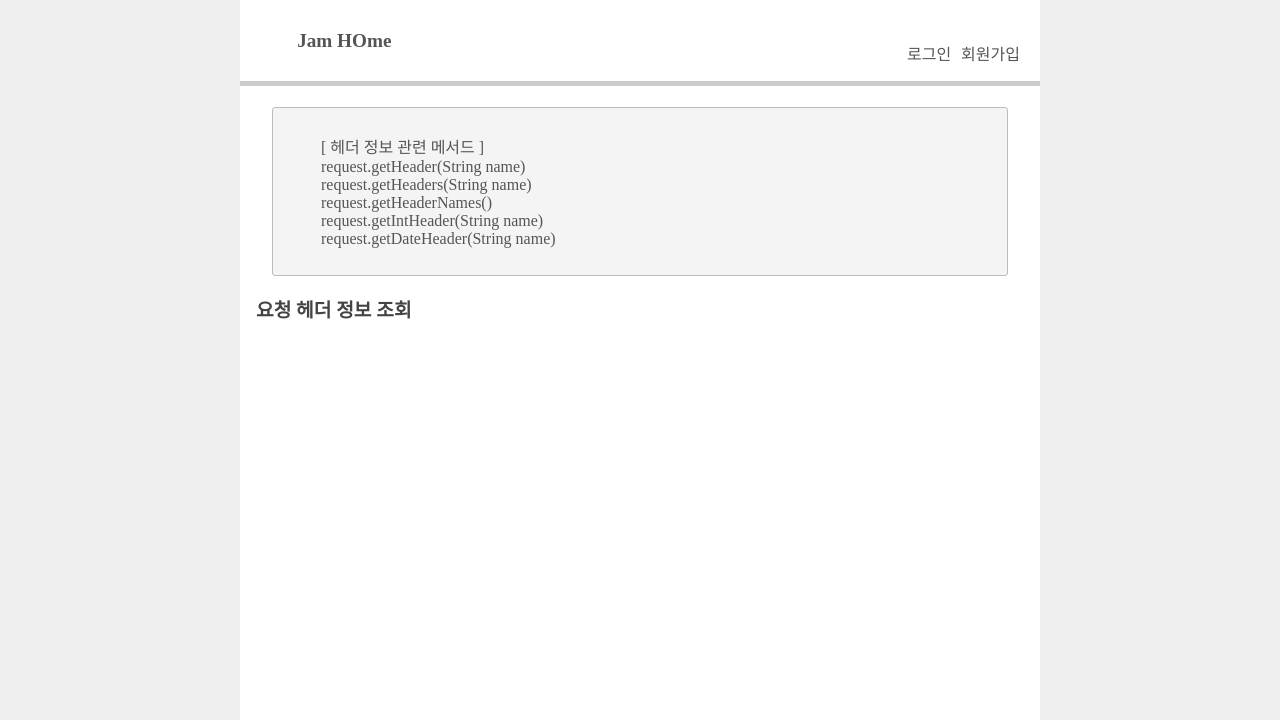
Repository: woals5636/JSPClass
Page: http://localhost/jspPro/days03/ex06.jsp
The author's editor kept a copy of each file at every save. The page is drawn from the files as they stood at one save, then again after the next save.
The browser window is 1280 px wide. The pictures show the whole page.
Some web fonts or font styles are not loaded; a fallback is used. The page is served by Tomcat 9. Other server files are loaded and not shown.

Above is the page before, as saved 2024-10-17 06:10:54.

### jspPro/src/main/webapp/days03/ex06.jsp
<%@page import="java.util.Enumeration"%>
<%@ page contentType="text/html; charset=UTF-8" pageEncoding="UTF-8"%>
<!DOCTYPE html>
<html>
<head>
<meta charset="UTF-8">
<title>Insert title here</title>
<link rel="shortcut icon" type="image/x-icon" href="http://localhost/jspPro/images/SiSt.ico">
<script src="https://ajax.googleapis.com/ajax/libs/jquery/3.7.1/jquery.min.js"></script>
<meta name="viewport" content="width=device-width, initial-scale=1.0">
<meta name="google" content="notranslate">
<link rel="stylesheet" href="http://localhost/jspPro/resources/cdn-main/example.css">
<script src="http://localhost/jspPro/resources/cdn-main/example.js"></script>
<style>
 span.material-symbols-outlined{
    vertical-align: text-bottom;
 }
</style>
</head>
<body>
<header>
  <h1 class="main"><a href="#" style="position: absolute;top:30px;">Jam HOme</a></h1>
  <ul>
    <li><a href="#">로그인</a></li>
    <li><a href="#">회원가입</a></li>
  </ul>
</header>
<div>
  <xmp class="code">
  	[ 헤더 정보 관련 메서드 ]
  	request.getHeader(String name)
  	request.getHeaders(String name)
  	request.getHeaderNames()
  	request.getIntHeader(String name)
  	request.getDateHeader(String name)
  </xmp>
  <h3>요청 헤더 정보 조회</h3>
  <%
  	Enumeration<String> en = request.getHeaderNames();
  	while( en.hasMoreElements() ){
  		String hname = en.nextElement();
  	  	String hvalue = request.getHeader(hname);
  	}
  %>
</div>
</body>
</html>

### jspPro/src/main/webapp/resources/cdn-main/example.css
@charset "UTF-8";

@import url('https://fonts.googleapis.com/css2?family=Material+Symbols+Outlined:opsz,wght,FILL,GRAD@20..48,100..700,0..1,-50..200');

@font-face {
    font-family: 'GmarketSansMedium';
    src: url('https://cdn.jsdelivr.net/gh/projectnoonnu/noonfonts_2001@1.1/GmarketSansMedium.woff') format('woff');
    font-weight: normal;
    font-style: normal;
}

:root {
	--text-color: #555;
	--sub-text-color: #777;
	--back-color: #EFEFEF;
	--header-color: #444;
	--primary-color: #DEDEDE;
	--secondary-color: #EFEFEF;
	--default-width: 800px;
	--narrow-width: 500px;
	--wide-width: 1200px;
	--text-font: 'GmarketSansMedium';
	--icon-font: 'Material Symbols Outlined';
	--border-color: #CCC;
}

html, body {
	margin: 0;
	padding: 0;
}

html {
	background-color: var(--back-color);
	display: flex;
	justify-content: center;
	min-height: 100vh;
}

body, body.default {
	width: var(--default-width);
	background-color: white;
	padding-bottom: 120px;
}

body.wide {
	width: var(--wide-width);
}

body.narrow {
	width: var(--narrow-width);
}



body, p, div, span, a, input, select, option, textarea, button, table, th, td, label, fieldset, legend {
	font-family: var(--text-font);
	color: var(--text-color);
}

h1, h2, h3 {
	font-family: var(--text-font);
	color: var(--header-color);
	padding: 0 1rem;
	padding-top: .5rem;
}

div > h1, div > h2, div > h3 {
	padding: 0;
}

body > div, body > main > div {
	padding: 0.3rem 1rem;
}


h1 { font-size: 2rem; border-bottom: 1px solid var(--border-color); }
h1 small { font-size: 1.2rem; color: var(--sub-text-color); }
h2 { font-size: 1.5rem; border-bottom: 1px dashed var(--border-color); }
h2 small { font-size: 1.1rem; color: --sub-text-color; }
h3 { font-size: 1.2rem; }
h3 small { font-size: 1rem; color: --sub-text-color; }



h1.main::before {
	font-family: var(--icon-font);
  	content: '\e666';
  	margin-right: 10px;
  	float: left;
	font-size: 2.5rem;
}

h1.sub::before {
	font-family: var(--icon-font);
  	content: '\ea19';
  	margin-right: 10px;
  	float: left;
	font-size: 2.5rem;
}


h1.page::before {
	font-family: var(--icon-font);
  	content: '\e0e0';
  	margin-right: 10px;
  	float: left;
	font-size: 2.5rem;
}

body > header > ul > li > .active{
	background-color: #FFF;
	color:#F00;
}

body > header {
	display: flex;
	justify-content: space-between;
	border-bottom: 5px solid var(--border-color);
	min-height: 74px;
	background-color: #FFF;
}

body > header.sticky {
	position: sticky;
	top: 0;
	z-index: 98;
}

body > header > h1 {
	font-size: 1.2rem;
	border: 0;
}

body > header.in > h1::before {
	font-family: var(--icon-font);
  	content: '\e332‥';
  	margin-right: 3px;
  	float: left;
	font-size: 2rem;
}


body > header > ul {
	list-style-type: none;
	display: flex;
	align-items: flex-end;
	margin-right: 10px;
}

body > header > ul > li {
	margin-right: 10px;
	cursor: pointer;
}

body > header > ul > li > a {
	cursor: pointer;
}


form {
	display: block;
}

form > div {
	padding: 0.3rem 1rem;
}

div > form > div {
	padding: 0.3rem 0;
}

input, textarea, button, select {
	border: 1px solid #BBB;
	border-radius: 3px;
	outline: none;
	resize: none;
	padding: 7px;
	margin: 0;
}

input[type=text]:read-only, textarea:read-only {
	cursor: not-allowed;
	background-color: #FFF;
}

input[type=text]:disabled, textarea:disabled {
	cursor: not-allowed;
	background-color: #EEE;
}

input[type=text], input[type=password], textarea, button, select {
	/* width: 300px; */
}

textarea {
	display: block;
	height: 100px;
}

input[type=button], input[type=submit], button {
	/* width: inherit; */
}

input.short, textarea.short, button.short, select.short {
	width: 100px;
}

input.long, textarea.long, button.long, select.long {
	width: 350px;
}

.narrow input.long, .narrow textarea.long, .narrow button.long, .narrow select.long {
	width: calc(100% - 20px);
}

input.full, textarea.full, button.full, select.full {
	width: calc(100% - 20px);
}

textarea.short {
	height: 50px;
}

textarea.long {
	height: 100px;
}

textarea.full {
	height: 200px;
}

input, textarea {
	padding-top: 8px;
}

input[type=button], input[type=submit], button {
	padding: 5px 10px;
	background-color: var(--secondary-color);
	cursor: pointer;
	min-height: 36px;
}

input[type=button].primary, input[type=submit].primary, button.primary {
	/* background-color: rgba(100, 149, 237, .2); */
	background-color: var(--primary-color);
}

input[type=button].primary:hover, input[type=submit].primary:hover, button.primary:hover {
	/* background-color: rgba(100, 149, 237, .3); */
	background-color: var(--secondary-color);
}

input[type=button]:hover, input[type=submit]:hover, button:hover {
	background-color: var(--primary-color);
}

button {
	position: relative;
	left: 0;
	top: 0;
	padding-left: 35px;
}

button .material-symbols-outlined {
	position: absolute;
	left: 10px;
	top: 4px;
}

/* k2nik add */
button.login::before {
	font-family: var(--icon-font);
  	content: '\ea77';
	position: absolute;
	left: 11px;
	top: 4px;
	font-size: 1.25rem;
}

/* k2nik logout */
button.logout::before {
	font-family: var(--icon-font);
  	content: '\e9ba';
	position: absolute;
	left: 11px;
	top: 4px;
	font-size: 1.25rem;
}

/* k2nik help */
button.help::before {
	font-family: var(--icon-font);
  	content: '\f1c0';
	position: absolute;
	left: 11px;
	top: 4px;
	font-size: 1.25rem;
}

button.add::before{
	font-family: var(--icon-font);
  	content: '\e746';
	position: absolute;
	left: 11px;
	top: 4px;
	font-size: 1.25rem;
}

button.back::before {
	font-family: var(--icon-font);
  	content: '\e166';
	position: absolute;
	left: 11px;
	top: 4px;
	font-size: 1.25rem;
}

button.list::before {
	font-family: var(--icon-font);
  	content: '\e0ee';
	position: absolute;
	left: 11px;
	top: 4px;
	font-size: 1.25rem;
}


button.del::before {
	font-family: var(--icon-font);
  	content: '\e872';
	position: absolute;
	left: 11px;
	top: 4px;
	font-size: 1.25rem;
}


button.edit::before {
	font-family: var(--icon-font);
  	content: '\e745';
	position: absolute;
	left: 11px;
	top: 4px;
	font-size: 1.25rem;
}


button.login::before {
	font-family: var(--icon-font);
  	content: '\ea77';
	position: absolute;
	left: 11px;
	top: 4px;
	font-size: 1.25rem;
}


button.logout::before {
	font-family: var(--icon-font);
  	content: '\e9ba';
	position: absolute;
	left: 11px;
	top: 4px;
	font-size: 1.25rem;
}


button.in::before {
	font-family: var(--icon-font);
  	content: '\f71a';
	position: absolute;
	left: 11px;
	top: 4px;
	font-size: 1.25rem;
}


button.out::before {
	font-family: var(--icon-font);
  	content: '\f70e';
	position: absolute;
	left: 11px;
	top: 4px;
	font-size: 1.25rem;
}


button.reply::before {
	font-family: var(--icon-font);
  	content: '\e15e';
	position: absolute;
	left: 11px;
	top: 4px;
	font-size: 1.25rem;
}


button.comment::before {
	font-family: var(--icon-font);
  	content: '\e0b9';
	position: absolute;
	left: 11px;
	top: 4px;
	font-size: 1.25rem;
}


button.modal::before {
	font-family: var(--icon-font);
  	content: '\e89e';
	position: absolute;
	left: 11px;
	top: 4px;
	font-size: 1.25rem;
}


button.ok::before {
	font-family: var(--icon-font);
  	content: '\e86c';
	position: absolute;
	left: 11px;
	top: 4px;
	font-size: 1.25rem;
}


button.cancel::before {
	font-family: var(--icon-font);
  	content: '\e5c9';
	position: absolute;
	left: 11px;
	top: 4px;
	font-size: 1.25rem;
}

button.search::before {
	font-family: var(--icon-font);
  	content: '\e8b6';
	position: absolute;
	left: 11px;
	top: 4px;
	font-size: 1.25rem;
}

button.home::before {
	font-family: var(--icon-font);
  	content: '\e88a';
	position: absolute;
	left: 11px;
	top: 4px;
	font-size: 1.25rem;
}


button.sidebar::before {
	font-family: var(--icon-font);
  	content: '\f7e4';
	position: absolute;
	left: 11px;
	top: 4px;
	font-size: 1.25rem;
}


button.sidebar-right::before {
	font-family: var(--icon-font);
  	content: '\f7e5';
	position: absolute;
	left: 11px;
	top: 4px;
	font-size: 1.25rem;
}




button::before {
	font-family: var(--icon-font);
  	content: '\e323';
	position: absolute;
	left: 11px;
	top: 4px;
	font-size: 1.25rem;
}


table {
	border-collapse: collapse;
	margin: 1rem;
	box-sizing: border-box;
	width: calc(100% - 32px);
}

table.content {
	width: auto;
}

div > table {
	margin: 0;
}

table th, table td {
	border: 1px solid var(--border-color);
	padding: 7px;
	font-weight: normal;
}

table th {
	background-color: var(--back-color);
}

table.vertical th {
	width: 150px;
}

table.vertical td {
	width: calc(100% - 182px);
	padding-left: 10px;
}

table.content td, table.content th {
	width: auto;
}

body.narrow table.vertical th {
	width: 100px;
}

body.narrow table.vertical td {
	width: calc(100% - 182px);
}


table + table {
	margin-top: 30px;
}


p {
	padding: 0 1rem;
}

a {
	text-decoration: none;
}

a:hover {
	color: rgba(255, 99, 71, .7);
}

hr {
	border: 0;
	border-top: 1px solid var(--border-color);
	margin: 2rem 0;
}

.message {
	border: 1px solid var(--border-color);
	background-color: #EFEFEF;
	margin: 1rem;
	width: auto;
	padding-top: 10px;
	padding-bottom: 10px;
	font-size: 14px;
}

.message[title]::before {
	content: attr(title);
	display: block;
	border-bottom: 1px solid var(--border-color);
	padding-bottom: 5px;
	margin-bottom: 10px;
	margin-top: 7px;
}

.message.short {
	max-width: 250px;
}

.message.long {
	max-width: 500px;
}

.badge {
	float: right;
	font-size: .8rem;
	margin-top: 2px;
	margin-right: 2px;
	text-shadow: 0 0 7px gray;
}

.badge.left {
	float: none;
	margin-left: 2px;
}

.badge.right {
	float: right;
}

.badge.red {
	border-radius: 50%;
	padding: 2px 5px;
	background-color: rgb(255, 99, 71, .3);
}

.badge.yellow {

	border-radius: 50%;
	padding: 2px 5px;
	background-color: rgb(255, 215, 0, .5);
}

.badge.blue {
	border-radius: 50%;
	padding: 2px 5px;
	background-color: rgb(100, 149, 237, .3);
}

label + label {
	margin-left: 7px;
}

label input[type=checkbox], label input[type=radio] {
	transform: translate(0, 1px);
}

.group {
	display: flex;
}

.modal-content .group {
	margin-bottom: .5rem;
}

.group label {
	border: 1px solid #BBB;
	border-radius: 3px;
	outline: none;
	resize: none;
	padding: 7px 14px;
	margin: 0;
	border-top-right-radius: 0;
	border-bottom-right-radius: 0;
	background-color: #EFEFEF;
	white-space: nowrap;
	font-size: 14px;
}

.group input[type=text] {
	margin-left: -1px;
	border-top-left-radius: 0;
	border-bottom-left-radius: 0;
}

.group select {
	margin-left: -1px;
	border-top-left-radius: 0;
	border-bottom-left-radius: 0;
}

.group input.full[type=text] {
	margin-left: -1px;
	border-top-left-radius: 0;
	border-bottom-left-radius: 0;
	width: 100%;
}

.group input[type=button]:first-child, .group button:first-child {
	border-top-left-radius: 3px;
	border-bottom-left-radius: 3px;
	margin-left: 0px;
}

.group input[type=button], .group button {
	border-radius: 0;
	margin-left: -1px;
}

.group input[type=button]:last-child, .group button:last-child {
	margin-left: -1px;
	border-top-right-radius: 3px;
	border-bottom-right-radius: 3px;
}

.seperate {
	display: flex;
	justify-content: space-between;
}

div.list {
	width: max-content;
	margin: 1rem;
	border: 1px solid #BBB;
	border-radius: 3px;
	padding: 0;
}

div.list.full {
	width: auto;
	display: block;
	margin: 1rem;
	border: 1px solid #BBB;
	border-radius: 3px;
	padding: 0;
}

div.list > div {
	padding: .5rem 1rem;
	margin: 0;
	border-bottom: 1px solid #BBB;
}

div.list > div:last-child {
	border-bottom: 0;
}

pre.code , xmp.code{
	font-family: consols;
	background-color: rgba(150, 150, 150, .1);
	border: 1px solid #BBB;
	border-radius: 3px;
	padding: .5rem 1rem;
	padding-bottom: .6rem;
	margin: 1rem;
}




*[data-modal-window] {
	position: fixed;
	background-color: rgba(0, 0, 0, .3);
	left: 0;
	top: 0;
	display: none;
	justify-content: center;
	align-items: flex-start;
	width: 100%;
	min-height: 100vh;
	z-index: 100;
	opacity: 0;
	transition: 500ms all;
}

*[data-modal-window] .modal-container {
	border-radius: 5px;
	padding: 1rem;
	padding-bottom: .5rem;
	margin-top: -500px;
	opacity: 0;
	width: 500px;
	background-color: #FFF;
	margin-right: 2rem;
	transition: 500ms all;
}

*[data-modal-size=content] .modal-container {
	width: auto;
}

*[data-modal-size=narrow] .modal-container {
	width: 300px;
}

*[data-modal-size=wide] .modal-container {
	width: 760px;
}


*[data-modal-window] .modal-header {
	border-bottom: 1px solid var(--border-color);
	padding: 2px 5px;
}

*[data-modal-window] .modal-content {
	padding: 1rem 5px;
}

*[data-modal-window] .modal-content div:last-child {
	margin-top: 1rem;
	text-align: right;
}



*[data-sidebar-window] {
	position: fixed;
	background-color: #FFF;
	left: 0;
	top: 0;
	display: block;
	width: 300px;
	border-right: 1px solid var(--border-color);
	box-sizing: border-box;
	box-shadow: 0 0 3px var(--back-color);
	min-height: 100vh;
	z-index: 99;
	transform: translate(-300px, 0);
	transition-duration: 500ms;
	transition-property: transform;
}

*[data-sidebar-direction=right] {
	left: auto;
	right: 0;
	transform: translate(300px, 0);
	border-left: 1px solid var(--border-color);
}

*[data-sidebar-size=wide] {
	width: 500px;
	transform: translate(-500px, 0);
}

*[data-sidebar-window] .sidebar-title {
	border-bottom: 1px solid var(--border-color);
	margin-top: 20px;
	margin-bottom: 20px;
	padding-bottom: 5px;
	display: flex;
	justify-content: space-between;
}

*[data-sidebar-window] .sidebar-title span:last-child {
	cursor: pointer;
}


/* K2Nik pagination */
.center {
  text-align: center;
}

.pagination {
  display: inline-block;
}

.pagination a {
  color: black;
  float: left;
  padding: 3px 6px;
  text-decoration: none;
  transition: background-color .3s;
  border: 1px solid #ddd;
  margin: 0 3px;
}

.pagination a.active {
  background-color: #4CAF50;
  color: white;
  border: 1px solid #4CAF50;
}

.pagination a:hover:not(.active) {background-color: #ddd;}

### jspPro/src/main/webapp/resources/cdn-main/example.js

window.onload = () => {

    const list = document.querySelectorAll('input, textarea');

    list.forEach(item => {
        item.setAttribute('autocomplete', 'off');
    });


    const modal_btn_list = document.querySelectorAll('*[data-modal-button]');

    modal_btn_list.forEach(item => {
        item.onclick = function() {

            const name = this.dataset['modalButton'];
            const modal_window = document.querySelector('*[data-modal-window=' + name);

            const container = document.createElement('div');
            container.className = 'modal-container';



            const modal_header = document.createElement('div');
            modal_header.textContent = modal_window.dataset['modalTitle'];
            modal_header.className = 'modal-header';
            container.appendChild(modal_header);

            const modal_content = document.createElement('div');
            modal_content.className = 'modal-content';
            container.appendChild(modal_content);

            Array.from(modal_window.childNodes).forEach(item => {
                modal_content.appendChild(item);
            });

            modal_window.appendChild(container);

            modal_window.style.display = 'flex';

            setTimeout(() => {
                modal_window.style.opacity = 1;
                container.style.marginTop = '20px';
                container.style.opacity = 1;
            }, 50);


            const modal_ok = document.querySelector('*[data-modal-ok=' + name);
            modal_ok.addEventListener('click', function() {
                modal_window.style.opacity = 0;
                container.style.marginTop = '-500px';
                container.style.opacity = 0;

                setTimeout(() => {
                    modal_window.innerHTML = modal_content.innerHTML;
                    modal_window.style.display = 'none';
                }, 500);

            });

            const modal_cancel = document.querySelector('*[data-modal-cancel=' + name);
            modal_cancel.addEventListener('click', function() {

                modal_window.style.opacity = 0;
                container.style.marginTop = '-500px';
                container.style.opacity = 0;

                setTimeout(() => {
                    modal_window.innerHTML = modal_content.innerHTML;
                    modal_window.style.display = 'none';
                }, 500);
            });


        };
    });


    const sidebar_btn_list = document.querySelectorAll('*[data-sidebar-button]');

    sidebar_btn_list.forEach(item => {
        item.onclick = function() {



            const name = this.dataset['sidebarButton'];
            const sidebar_window = document.querySelector('*[data-sidebar-window=' + name);

            if (sidebar_window.style.transform == 'translate(0px, 0px)') return;



            sidebar_window.style.transform = 'translate(0, 0)';

            const sidebar_title = document.createElement('div');
            sidebar_title.className = 'sidebar-title';
            sidebar_title.innerHTML = '<span>' + sidebar_window.dataset['sidebarTitle'] + '</span><span class="material-symbols-outlined">close</span>';

            sidebar_title.children[1].onclick = function() {

                let sign = 1;
                let distance = 300;

                if (sidebar_window.dataset['sidebarDirection'] != 'right') {
                    sign = -1;
                } else {
                    sign = 1;
                }

                if (sidebar_window.dataset['sidebarSize'] != 'wide') {
                    distance = 300;
                } else {
                    distance = 500;
                }

                distance *= sign;

                sidebar_window.style.transform = 'translate(' + distance + 'px, 0)';

                setTimeout(function() {
                    sidebar_window.removeChild(sidebar_window.children[0]);
                }, 500);
            };


            sidebar_window.prepend(sidebar_title);

        }
    });

};

// window.onkeydown = function(event) {

//     if (event.keyCode == 27) {
//         if (document.querySelector('[data-modal-window').style.display == 'flex') {
//             document.querySelector('[data-modal-window').style.display = 'none';
//         }
//     }

// };

After the next save:
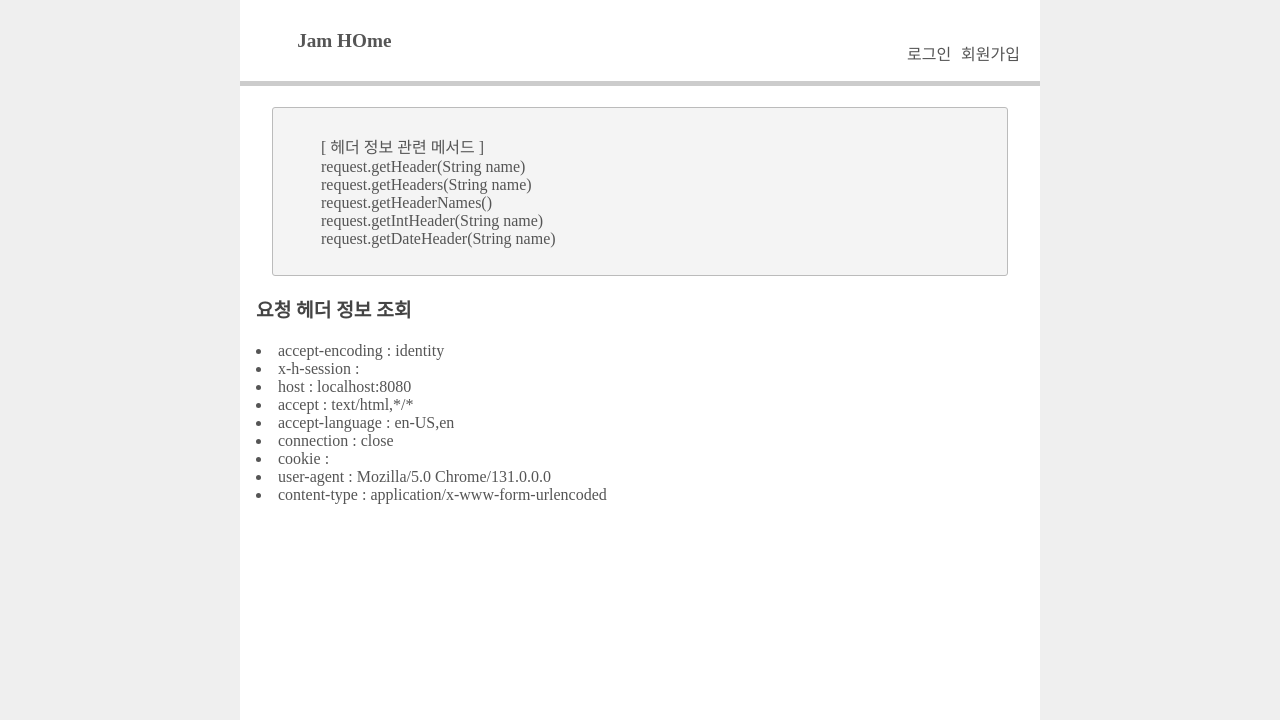
Saved 37 s later.
--- a/jspPro/src/main/webapp/days03/ex06.jsp
+++ b/jspPro/src/main/webapp/days03/ex06.jsp
@@ -40,6 +40,9 @@
   	while( en.hasMoreElements() ){
   		String hname = en.nextElement();
   	  	String hvalue = request.getHeader(hname);
+  %>
+  	<li><%= hname %> : <%= hvalue %></li>
+  <%
   	}
   %>
 </div>
